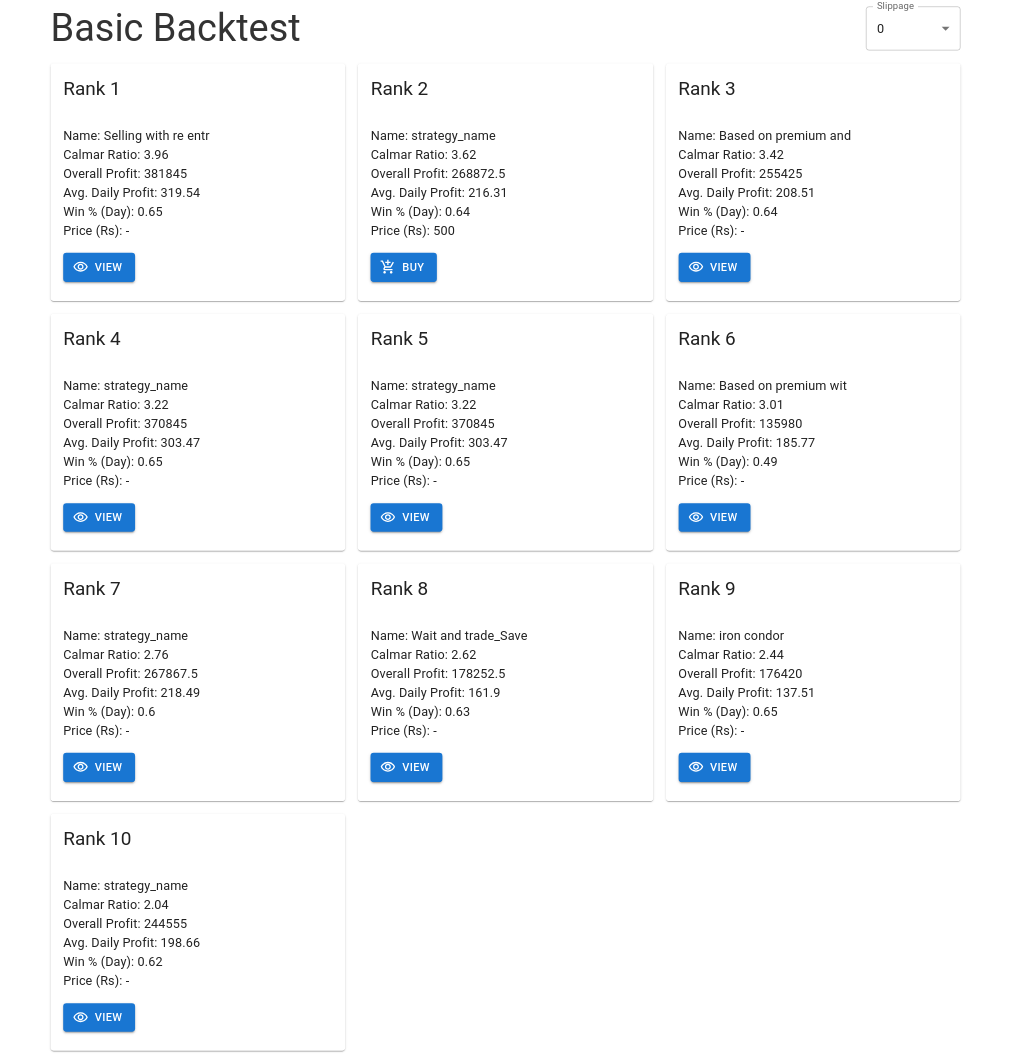
Repository: PraTEEkgUpTa2/Leaderboard
Page: /
The author's editor kept a copy of each file at every save. The page is drawn from the files as they stood at one save, then again after the next save.
The browser window is 1280 px wide. The pictures show the whole page, at 79% of full size.
The project was rebuilt for these pictures with package versions that can differ from the ones it lists, and the page was loaded fresh each time. Also part of the build but not shown: src/App.css.

Above is the page before, as saved 2024-05-27 13:31:53.

After the next save:
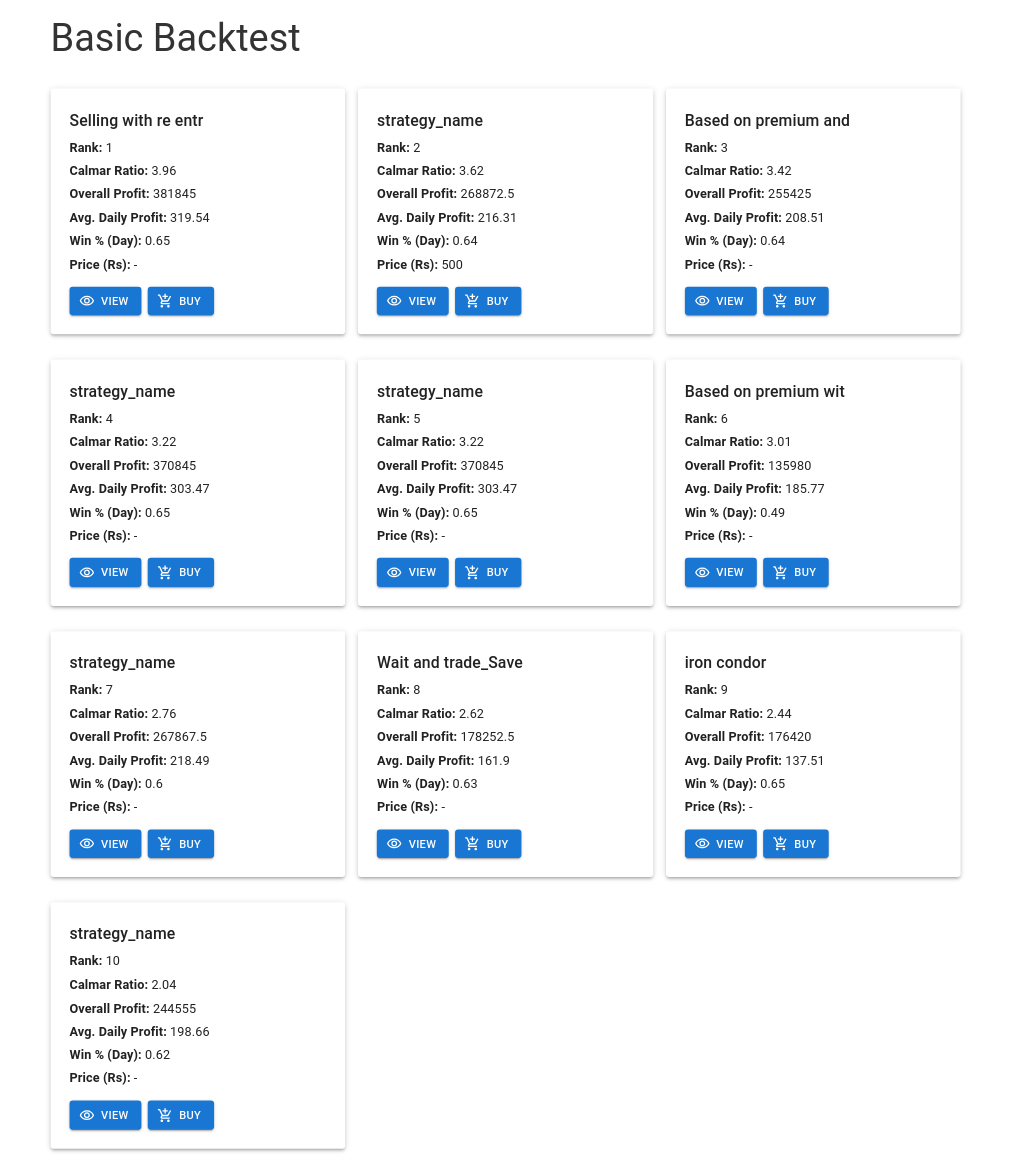
Saved 31 s later.
--- a/src/Leaderboard.js
+++ b/src/Leaderboard.js
@@ -1,8 +1,16 @@
 import React from 'react';
 import data from './data.json';
-import { Container, Typography, Box, Card, CardContent, CardHeader, Button, FormControl, InputLabel, Select, MenuItem } from '@mui/material';
+import { Container, Typography, Box, Paper, Grid, Button } from '@mui/material';
 import { VisibilityOutlined, AddShoppingCartOutlined } from '@mui/icons-material';
 import { styled } from '@mui/system';
+
+const StrategyCard = styled(Paper)(({ theme }) => ({
+  padding: theme.spacing(3),
+  marginBottom: theme.spacing(2),
+  backgroundColor: theme.palette.background.default,
+  boxShadow: theme.shadows[3],
+  borderRadius: theme.shape.borderRadius,
+}));
 
 const ViewButton = styled(Button)(({ theme }) => ({
   backgroundColor: theme.palette.primary.main,
@@ -29,48 +37,46 @@ const BuyButton = styled(Button)(({ theme }) => ({
 const Leaderboard = () => {
   return (
     <Container>
-      <Box display="flex" justifyContent="space-between" alignItems="center" mb={2}>
-        <Typography variant="h3" style={{ color: '#333' }}>
-          Basic Backtest
-        </Typography>
-        <FormControl sx={{ minWidth: 120 }}>
-          <InputLabel id="slippage-label">Slippage</InputLabel>
-          <Select
-            labelId="slippage-label"
-            id="slippage-select"
-            defaultValue={0}
-            label="Slippage"
-          >
-            <MenuItem value={0}>0</MenuItem>
-            <MenuItem value={0.5}>0.5</MenuItem>
-            <MenuItem value={1}>1</MenuItem>
-          </Select>
-        </FormControl>
-      </Box>
-      <Box display="grid" gridTemplateColumns="repeat(auto-fit, minmax(300px, 1fr))" gap={2}>
-        {data.map((item, index) => (
-          <Card key={index}>
-            <CardHeader title={`Rank ${item.Rank}`} />
-            <CardContent>
-              <Typography variant="body1">Name: {item.Name}</Typography>
-              <Typography variant="body1">Calmar Ratio: {item["Calmar Ratio"]}</Typography>
-              <Typography variant="body1">Overall Profit: {item["Overall Profit"]}</Typography>
-              <Typography variant="body1">Avg. Daily Profit: {item["Avg. Daily Profit"]}</Typography>
-              <Typography variant="body1">Win % (Day): {item["Win %(Day)"]}</Typography>
-              <Typography variant="body1">Price (Rs): {item["Price (Rs)"] ? item["Price (Rs)"] : '-'}</Typography>
+      <Typography variant="h3" style={{ color: '#333', marginTop: '20px' }}>
+        Basic Backtest
+      </Typography>
+      <Grid container spacing={2} style={{ marginTop: '20px' }}>
+        {data.map((strategy, index) => (
+          <Grid item xs={12} sm={6} md={4} key={index}>
+            <StrategyCard>
+              <Typography variant="h6" gutterBottom>
+                {strategy.Name}
+              </Typography>
+              <Typography variant="body1" gutterBottom>
+                <strong>Rank:</strong> {strategy.Rank}
+              </Typography>
+              <Typography variant="body1" gutterBottom>
+                <strong>Calmar Ratio:</strong> {strategy["Calmar Ratio"]}
+              </Typography>
+              <Typography variant="body1" gutterBottom>
+                <strong>Overall Profit:</strong> {strategy["Overall Profit"]}
+              </Typography>
+              <Typography variant="body1" gutterBottom>
+                <strong>Avg. Daily Profit:</strong> {strategy["Avg. Daily Profit"]}
+              </Typography>
+              <Typography variant="body1" gutterBottom>
+                <strong>Win % (Day):</strong> {strategy["Win %(Day)"]}
+              </Typography>
+              <Typography variant="body1" gutterBottom>
+                <strong>Price (Rs):</strong> {strategy["Price (Rs)"] ? strategy["Price (Rs)"] : '-'}
+              </Typography>
               <Box mt={2}>
-                <Button
-                  startIcon={item.Action === 'View' ? <VisibilityOutlined /> : <AddShoppingCartOutlined />}
-                  variant="contained"
-                  sx={{ mr: 1 }}
-                >
-                  {item.Action}
+                <Button startIcon={<VisibilityOutlined />} variant="contained" sx={{ mr: 1 }}>
+                  View
+                </Button>
+                <Button startIcon={<AddShoppingCartOutlined />} variant="contained">
+                  Buy
                 </Button>
               </Box>
-            </CardContent>
-          </Card>
+            </StrategyCard>
+          </Grid>
         ))}
-      </Box>
+      </Grid>
     </Container>
   );
 };
